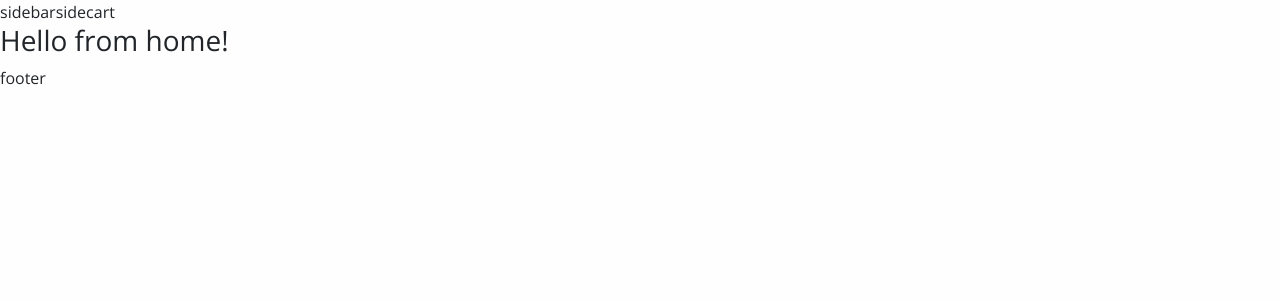
Repository: CaptainStorm21/react16-techstore
Page: /
An editor plug-in stored every save of this project. The page is shown before and after a run of saves, followed by the edit.
The browser window is 1280 px wide. The pictures show the whole page.
Some web fonts or font styles are not loaded; a fallback is used. The project was rebuilt for these pictures with package versions that can differ from the ones it lists, and the page was loaded fresh each time. Also part of the build but not shown: src/pages/ContactPage.js, src/pages/ProductsPage.js, src/pages/AboutPage.js, src/pages/SingleProductPage.js, src/pages/DefaultPage.js, src/pages/CartPage.js.

Above is the page before, as saved 2020-05-08 14:49:09.

### public/index.html
<!DOCTYPE html>
<html lang="en">
  <head>
    <meta charset="utf-8" />
    <link rel="icon" href="%PUBLIC_URL%/favicon.ico" />
    <meta name="viewport" content="width=device-width, initial-scale=1" />
    <meta name="theme-color" content="#000000" />
    <meta
      name="description"
      content="Web site created using create-react-app"
    />
    <link rel="apple-touch-icon" href="%PUBLIC_URL%/logo192.png" />
    <!--
      manifest.json provides metadata used when your web app is installed on a
      user's mobile device or desktop. See https://developers.google.com/web/fundamentals/web-app-manifest/
    -->
    <link rel="manifest" href="%PUBLIC_URL%/manifest.json" />
    <!--
      Notice the use of %PUBLIC_URL% in the tags above.
      It will be replaced with the URL of the `public` folder during the build.
      Only files inside the `public` folder can be referenced from the HTML.

      Unlike "/favicon.ico" or "favicon.ico", "%PUBLIC_URL%/favicon.ico" will
      work correctly both with client-side routing and a non-root public URL.
      Learn how to configure a non-root public URL by running `npm run build`.
    -->
    <title>Tech Store</title>
  </head>
  <body>
    <noscript>You need to enable JavaScript to run this app.</noscript>
    <div id="root"></div>
    <!--
      This HTML file is a template.
      If you open it directly in the browser, you will see an empty page.

      You can add webfonts, meta tags, or analytics to this file.
      The build step will place the bundled scripts into the <body> tag.

      To begin the development, run `npm start` or `yarn start`.
      To create a production bundle, use `npm run build` or `yarn build`.
    -->
  </body>
</html>

### src/index.js
import React from "react";
import ReactDOM from "react-dom";
import "./index.css";
import App from "./App";
import * as serviceWorker from "./serviceWorker";

//Router setup
import { BrowserRouter as Router } from "react-router-dom";

//Import context
import { ProductProvider} from './context';

ReactDOM.render(
  <ProductProvider>
        <Router>
      <App />
    </Router>
  </ProductProvider>, document.getElementById("root")
);

// If you want your app to work offline and load faster, you can change
// unregister() to register() below. Note this comes with some pitfalls.
// Learn more about service workers: https://bit.ly/CRA-PWA
serviceWorker.unregister();

### src/App.js
import React from 'react';
import './App.css';
import  'bootstrap/dist/css/bootstrap.min.css';
// import styled from 'styled-components';

// //react icon
// import {FaHome} from 'react-icons/fa';

//import pages
import HomePage from './pages/HomePage';
import ContactPage from './pages/ContactPage';
import ProductsPage from './pages/ProductsPage';
import AboutPage from './pages/AboutPage';
import SingleProductPage from './pages/SingleProductPage';
import DefaultPage from './pages/DefaultPage';
import CartPage from './pages/CartPage';

//import routes
import { Route, Switch } from 'react-router-dom';

//import skeleton component
import Navbar from './components/Navbar';
import Footer from './components/Footer';
import Sidebar from './components/Sidebar';
import Sidecart from './components/Sidecart';

function App() {
  return (
    <>
      <Navbar />
      <Sidebar />
      <Sidecart />

      {/* navbar, sidebar, cart, footer */}
      <Switch>
        <Route path="/" exact component={HomePage} />
        <Route path="/about" component={AboutPage} />
        <Route path="/contact" component={ContactPage} />
        <Route path="/products" exact component={ProductsPage} />
        <Route path="/products/:id" component={SingleProductPage} />
        <Route path="/cart" component={CartPage} />
        <Route component={DefaultPage} />
      </Switch>
      <Footer />
    </>
  );
}


export default App;

### src/context/context.js
import React, { Component } from "react";
const ProductContext = React.createContext();

// Provider
// Consumer

class ProductProvider extends Component {
  state = {
    sidebarOpen: false,
    cartOpen: false,
    cartItems: 0
  };
  //handle sidebar
  handleSidebar = () => {
    this.setState({ sidebarOpen: !this.state.sidebarOpen });
  };
  //handle sidecart
  handleCart = () => {
    this.setState({ cartOpen: !this.state.cartOpen });
  };

  //close cart
  closeCart = () => {
    this.setState({ cartOpen: false });
  };

  //open cart
  openCart = () => {
    this.setState({ cartOpen: true });
  };

  render() {
    return (
      <ProductContext.Provider
        value={{
          // sidebarOpen: this.state.sidebarOpen,
          ...this.state,
          handleSidebar: this.handleSidebar,
          handleCart: this.handleCart,
          closeCart: this.closeCart,
          openCart: this.openCart,
        }}
      >
        {this.props.children}
      </ProductContext.Provider>
    );
  }
}

const ProductConsumer = ProductContext.Consumer;
export { ProductProvider, ProductConsumer };

### src/App.css
@import url("https://fonts.googleapis.com/css?family=Monda:400,700|Open+Sans:400,700|Raleway:400,700&display=swap");

/* font-family: 'Raleway', sans-serif;
font-family: 'Open Sans', sans-serif;
font-family: 'Monda', sans-serif;
*/

/* sass */
:root {
  --primaryColor: #0a74bb;
  --primaryRGBA: rgba(0, 0, 0, 0.3);
  --mainGrey: #fffefede !important;
  --darkGrey: #1a1110;
  --mainWhite: #fff;
  --mainBlack: #222;
  --mainTransition: all 0.3s ease-in-out;
  --mainSpacing: 0.3rem;
}

.text-title {
  font-family: "Monda", sans-serif;
  font-weight: bold;
  letter-spacing: var(--mainSpacing);
  text-transform: capitalize;
}

.text-main {
  color: var(--primaryColor);
}

body {
  font-family: "Open Sans", sans-serif !important;
  background-color: var(--mainGrey) !important;
  color: var(--mainBlack);
}

### src/pages/HomePage.js
import React from 'react'
import {ProductConsumer} from '../context';

export default function HomePage() {
    return (
      <>
        <ProductConsumer>
                {value => {
                    // console.log(value);
                    return <h3>Hello from home!</h3>
                }}
        </ProductConsumer>
      </>
    );
}

### src/components/Navbar.js
import React from 'react'
//icons
import { FaBars, FaCart } from 'react-icons/fa';
import styled from 'styled-components';
import { ProductConsumer } from '../context';
//logo
import logo from '../images/logo.svg';

export default function Navbar() {
    return (
        <ProductConsumer>
            {value => {

            }}
        </ProductConsumer>
    )
}

### src/components/Footer.js
import React from 'react'

export default function Footer() {
    return (
        <>
            footer
        </>
    )
}

### src/components/Sidebar.js
import React from 'react'

export default function Sidebar() {
    return (
        <>
            sidebar
        </>
    )
}

### src/components/Sidecart.js
import React from 'react'

export default function Sidecart() {
    return (
        <>
            sidecart
        </>
    )
}

Loaded but not shown: src/index.css (common file); src/serviceWorker.js (common file)

After the next 4 saves:
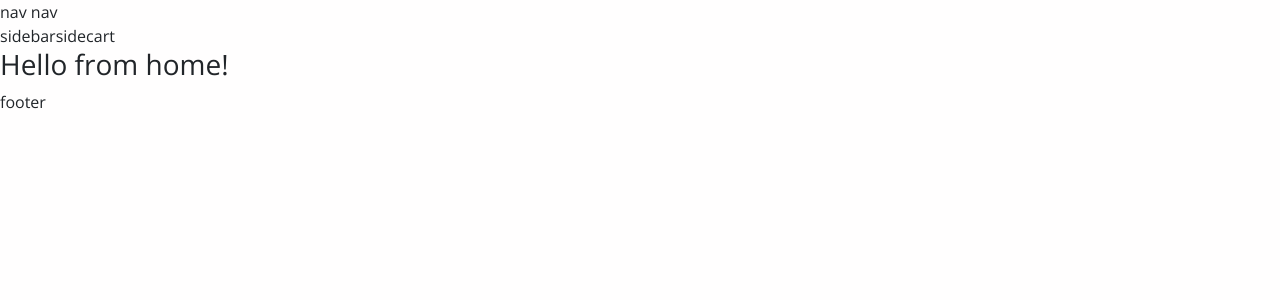
The 4 saves are shown as one change because they came seconds apart.
The last was saved 20 s later.
--- a/src/components/Navbar.js
+++ b/src/components/Navbar.js
@@ -10,7 +10,7 @@ export default function Navbar() {
     return (
         <ProductConsumer>
             {value => {
-
+                return <nav> nav nav </nav>
             }}
         </ProductConsumer>
     )
